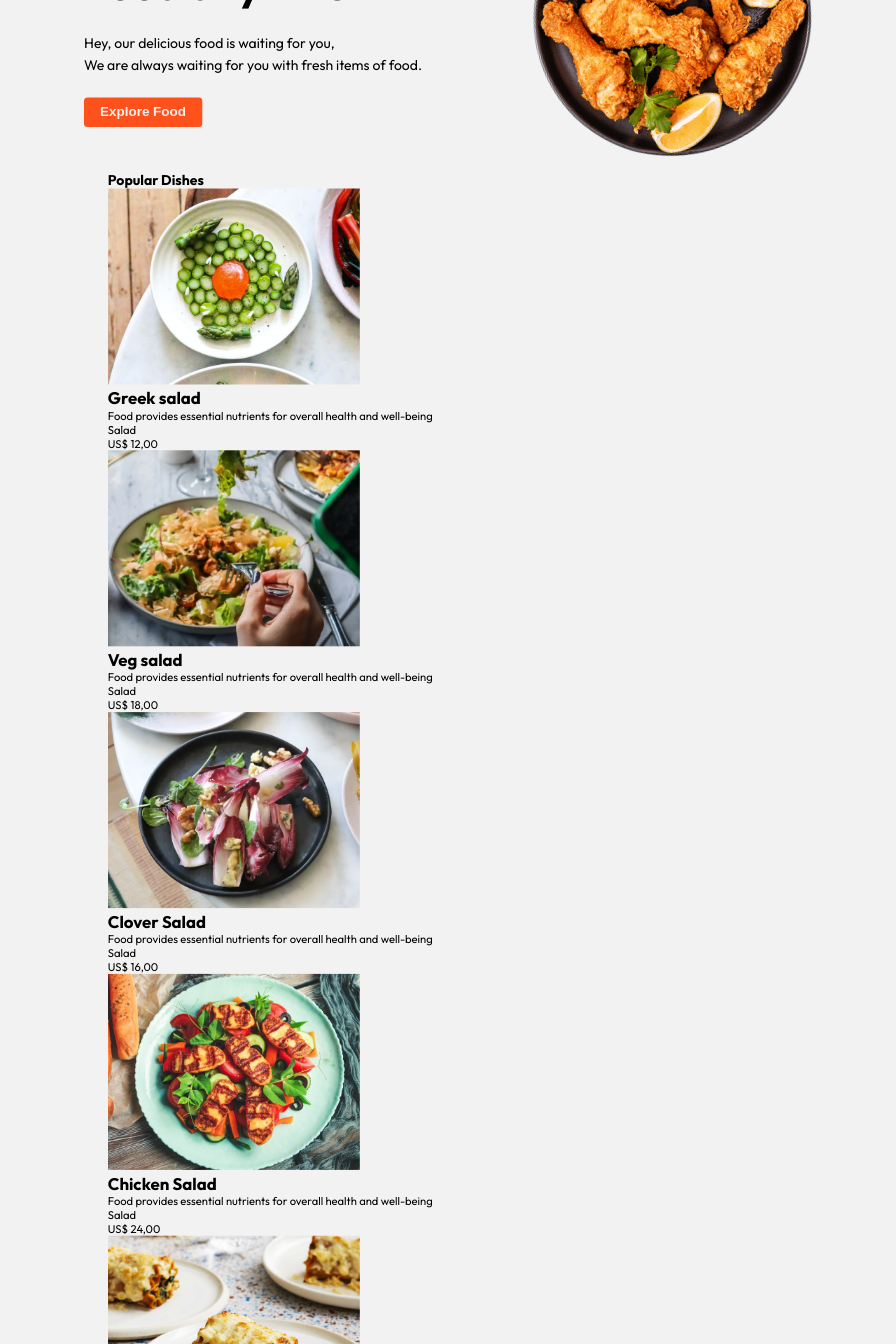
Repository: guilhermecardoso93/foodio
Page: /
The author's editor kept a copy of each file at every save. The page is drawn from the files as they stood at one save, then again after the next save.
The browser window is 1280 px wide. The pictures show the part of the page from y = 395 to 2315 px (the page is 12683 px tall before and 12753 px after), at 70% of full size.
The project was rebuilt for these pictures with package versions that can differ from the ones it lists, and the page was loaded fresh each time. Also part of the build but not shown: vite.config.js, src/components/CardItem/styles.css, src/index.css.

Above is the page before, as saved 2024-11-05 20:06:38.

After the next save:
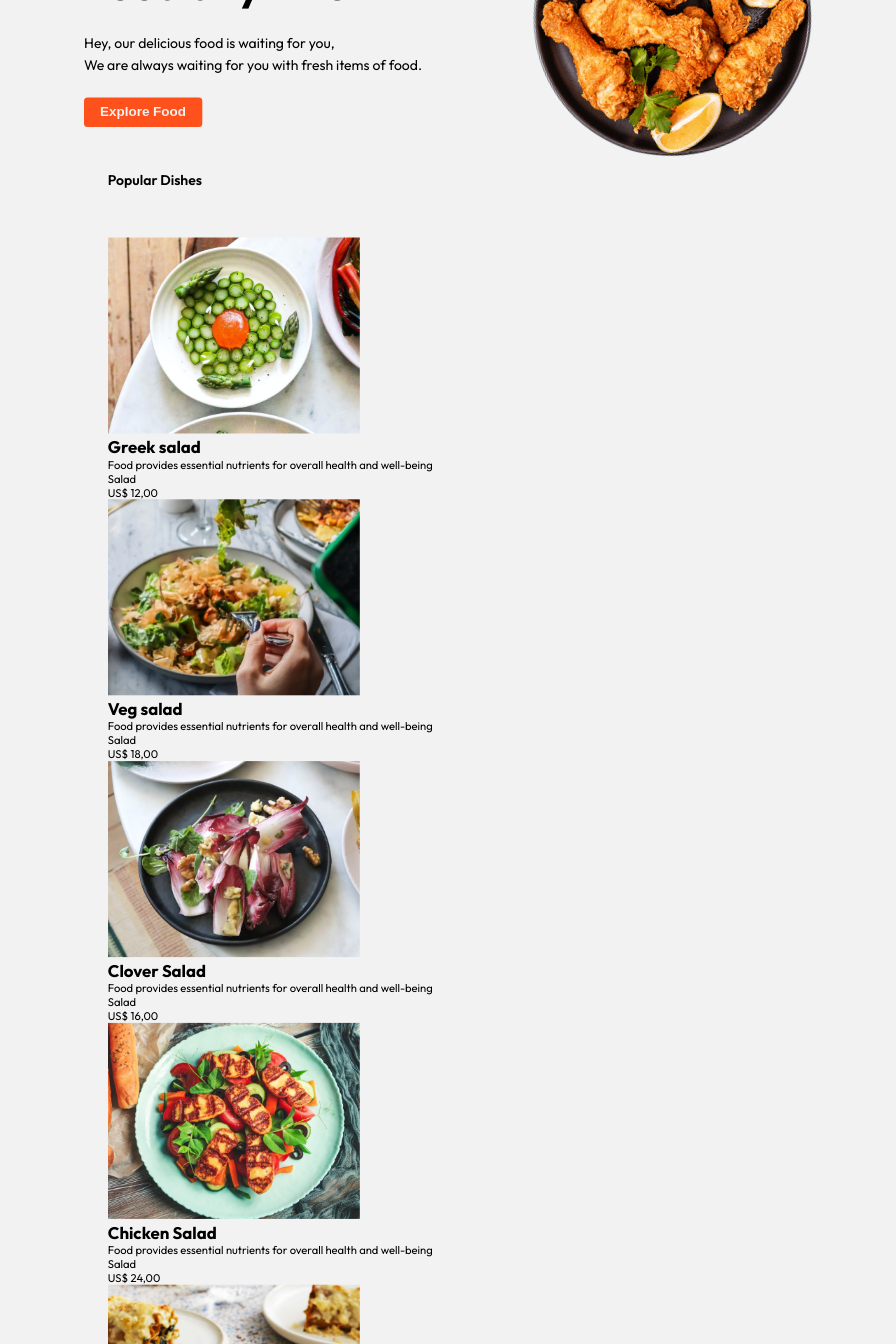
Saved 19 s later.
--- a/src/components/Main/styles.css
+++ b/src/components/Main/styles.css
@@ -122,4 +122,6 @@
 
 .category .list-items h3 {
   font-size: 20px;
+  font-weight: 600;
+  margin-bottom: 70px;
 }
